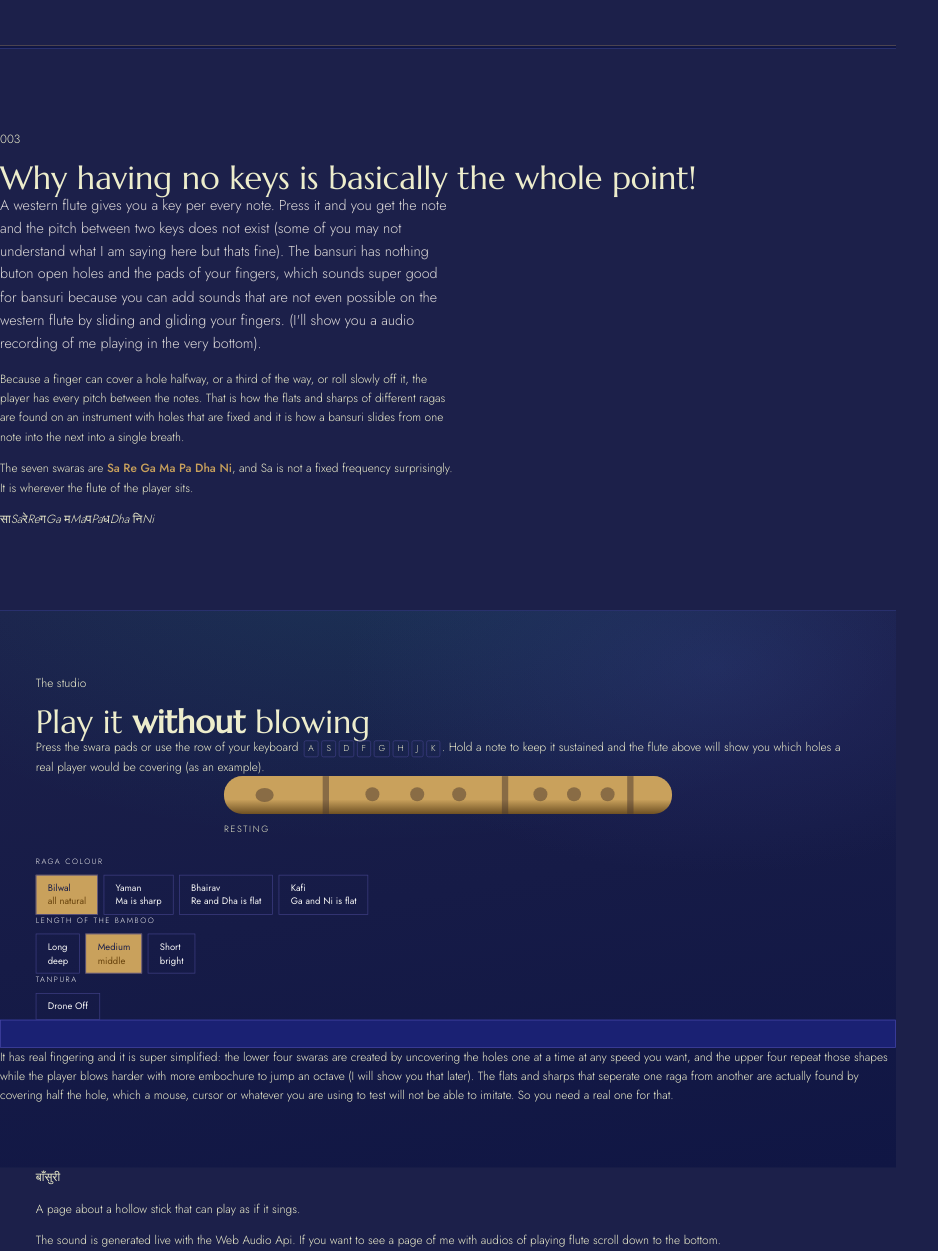
Repository: manayparikh1/Bansi
Page: index.html
These files come from the project's save history. The page is drawn as it stood at one moment and after the next save; the edit follows.
The browser window is 1280 px wide. The page is 1340 px wide, so the pictures cover 1340 px, including what lies to the right of the window. The pictures show the part of the page from y = 4174 to 6014 px (the page is 5961 px tall before and 6014 px after), at 70% of full size.

Above is the page before, as saved 2026-09-22 07:29:33.

After the next save:
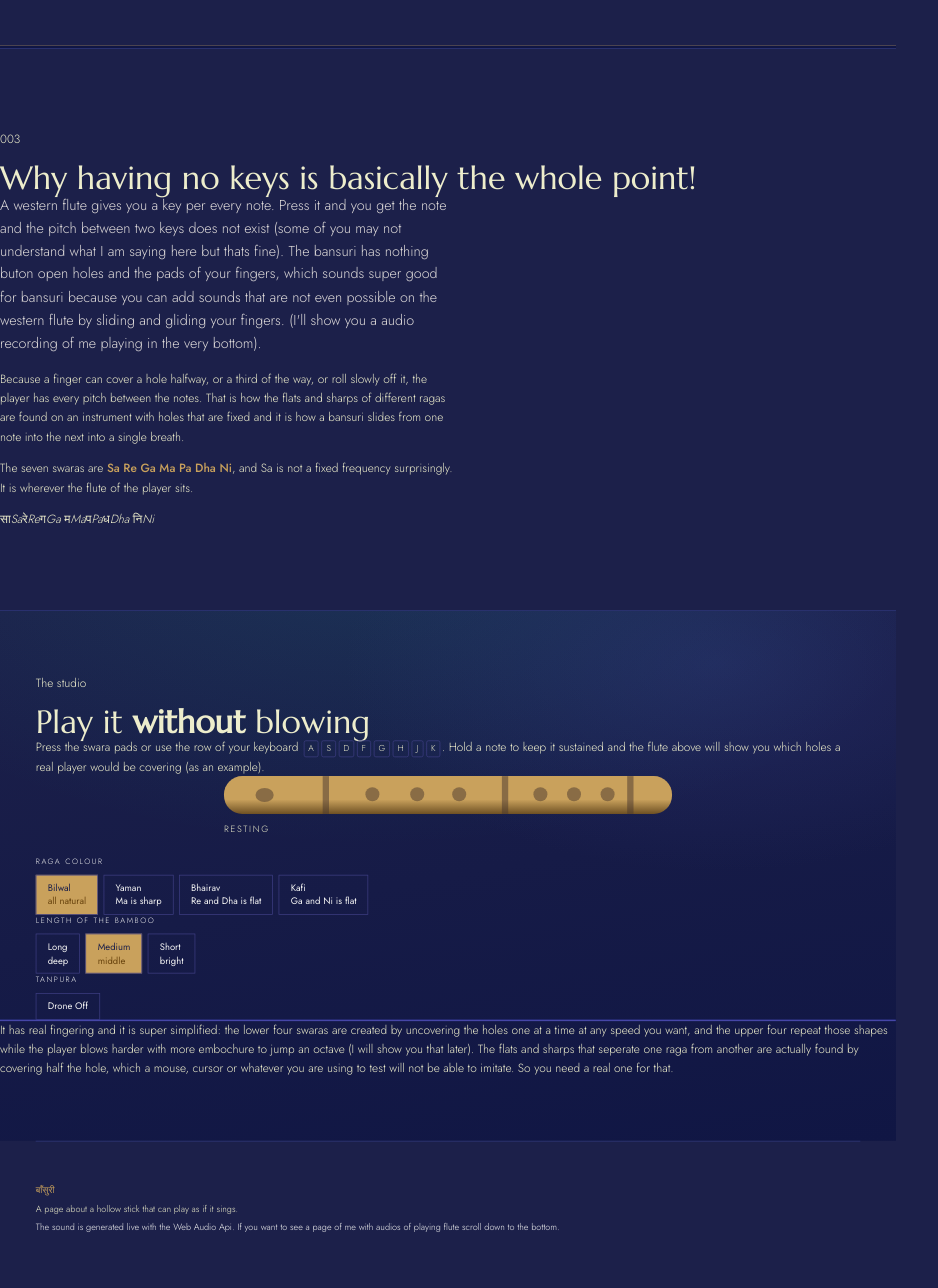
Saved 6 h 56 min later.
--- a/style.css
+++ b/style.css
@@ -576,7 +576,6 @@ kbd {
     color: var(--cream);
     background: #1a2173;
     border: 1px solid #4646a7;
-    padding: 22px 8px 16px;
     cursor: pointer;
     text-align: center;
     transition: transform 0.006s, background 0.06s;
@@ -588,6 +587,7 @@ kbd {
     display: block;
     font-size: 22px;
     margin-bottom: 4px;
+    margin-top: 6px;
 }
 
 .thepads kbd {
@@ -638,3 +638,27 @@ kbd {
 }
 
 /*--footer--*/
+
+.foot {
+    padding: 60px 0 70px;
+    border-top: 1px solid var(--violet);
+}
+
+.foot-big {
+    font-family: 'Marcellus', serif;
+    font-size: 34px;
+    color: var(--bamboo);
+    margin-bottom: 8px;
+}
+
+.foot p {
+    margin: 0 0 5.6px;
+    font-size: 13px;
+}
+
+.foot .small {
+    color: var(--muted);
+    font-size: 13px;
+}
+
+/*smaller screens*/
